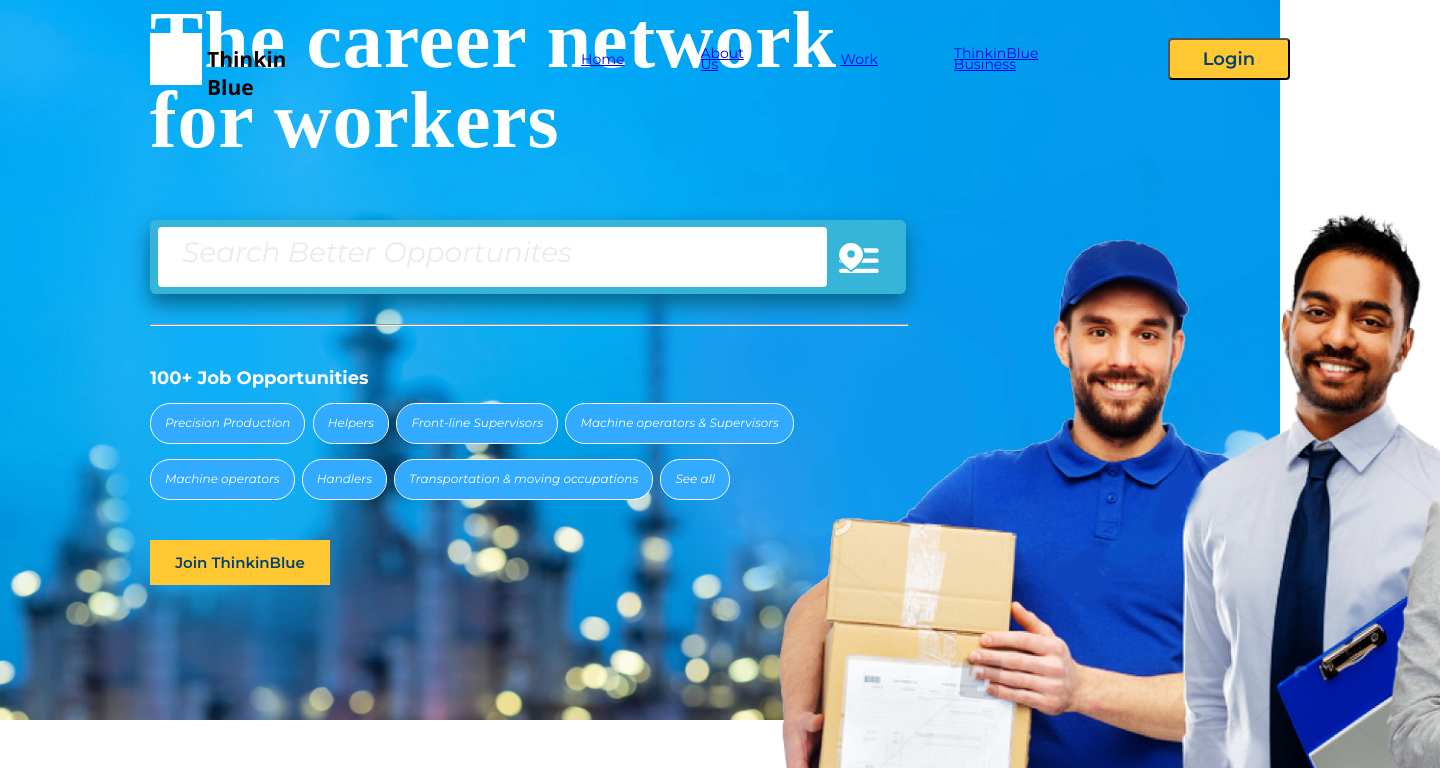
Repository: shekharyadav638/OSL_Assignment_1
Page: index.html
The author's editor kept a copy of each file at every save. The page is drawn from the files as they stood at one save, then again after the next save.
The browser window is 1280 px wide. The page is 1440 px wide, so the pictures cover 1440 px, including what lies to the right of the window. The pictures show the whole page.
The style sheet was rebuilt from its Sass, Less or Tailwind sources for each picture, by a compiler version that may differ from the author's.

Above is the page before, as saved 2024-07-13 15:04:35.

### index.html
<!DOCTYPE html PUBLIC "-//W3C//DTD HTML 4.01 Transitional//EN" "http://www.w3.org/TR/html4/loose.dtd">
<html>
  <head>
    <meta http-equiv="Content-Type" content="text/html; charset=ISO-8859-1" />
    <title>Assignment 1</title>
    <link rel="stylesheet" href="style.css" />
    <link rel="preconnect" href="https://fonts.googleapis.com" />
    <link rel="preconnect" href="https://fonts.gstatic.com" crossorigin />
    <link
      href="https://fonts.googleapis.com/css2?family=Montserrat:ital,wght@0,100..900;1,100..900&display=swap"
      rel="stylesheet"
    />
  </head>
  <body>
    <header>
      <div class="header">
        <div class="header_left">
          <div class="header_left_logo"></div>
          <span class="header_left_title">Thinkin Blue</span>
        </div>
        <div class="header_right">
          <ul class="header_right_list">
            <li class="header_right_list_item">
              <a href="#">Home</a>
            </li>
            <li class="header_right_list_item"><a href="#">About Us</a></li>
            <li class="header_right_list_item"><a href="#">Work</a></li>
            <li class="header_right_list_item">
              <a href="#">ThinkinBlue Business</a>
            </li>
          </ul>
          <button class="header_right_btn">Login</button>
        </div>
      </div>
    </header>
    <section class="banner">
      <div class="banner_left">
       <p class="banner_left_text">The career network <br> for workers</p>
       <div class="banner_left_input">
        <input type="text" placeholder="Search Better Opportunites" class="banner_left_input_box"></input>
        <img src="img/location.svg" alt="location-icon" class="banner_left_input_icon">
       </div>
       <div class="banner_left_categories">
        <hr>
        <div class="banner_left_categories_title">100+ Job Opportunities</div>
        <div class="banner_left_categories_list">
          <div class="banner_left_categories_list_above">
            <div class="banner_left_categories_list_above_item"> Precision Production</div>
            <div class="banner_left_categories_list_above_item"> Helpers</div>
            <div class="banner_left_categories_list_above_item"> Front-line Supervisors</div>
            <div class="banner_left_categories_list_above_item"> Machine operators & Supervisors</div>
          </div>
          <div class="banner_left_categories_list_below">
            <div class="banner_left_categories_list_below_item"> Machine operators</div>
            <div class="banner_left_categories_list_below_item"> Handlers</div>
            <div class="banner_left_categories_list_below_item"> Transportation & moving occupations</div>
            <div class="banner_left_categories_list_below_item"> See all</div>
          </div>
        </div>
        <div >
          <button class="banner_left_categories_button">Join ThinkinBlue</button>
        </div>
       </div>
      </div>
      <div class="banner_right">
        <img src="img/banner_right.png" alt="banner_right" class="banner_right_img"></img>
      </div>
    </section>
  </body>
</html>

### style.scss
* {
  margin: 0;
  padding: 0;
}
.body {
  width: 1440px;
  opacity: 1;
  overflow-x: hidden;
}

@import "header";
@import "banner";

### header.scss
.header {
  background: transparent;
  position: fixed;
  display: flex;
  align-content: center;
  width: 1140px;
  height: 86px;
  opacity: 1;
  margin: 16px 150px;
  &_left {
    align-items: center;
    display: flex;
    opacity: 1;

    &_logo {
      width: 52px;
      height: 52px;
      background: #ffffff 0% 0% no-repeat padding-box;
      opacity: 1;
    }

    &_title {
      padding-left: 5px;
      text-align: left;
      font: normal normal bold 21px/28px Segoe UI;
      width: 113px;
      height: 28px;
      letter-spacing: 0px;
      color: #150303;
      opacity: 1;
    }
  }

  &_right {
    margin-left: 261px;
    align-items: center;
    display: flex;
    gap: 66px;
    &_list {
      list-style: none;
      display: flex;
      gap: 76px;
      align-items: center;

      &_item {
        text-align: left;
        font: normal normal normal 14px/11px Montserrat;
        letter-spacing: 0px;
        padding: 17px 0;
        color: #ffffff;
        opacity: 1;
      }
    }
    &_btn {
      background: #ffc832 0% 0% no-repeat padding-box;
      border-radius: 4px;
      opacity: 1;
      padding: 8px 33px;
      text-align: left;
      font: normal normal 600 18px Montserrat;
      letter-spacing: 0px;
      color: #05416e;
      opacity: 1;
    }
  }
}

.banner {
  &_img {
    width: 100%;
    height: 100%;
    background-position: center;
  }
}

### _banner.scss
.banner {
  background-image: url(img/banner.png);
  width: 100%;
  height: 100vh;
  background-size: cover;
  background-position: center;
  background-repeat: no-repeat;
  display: flex;

  &_left {
    align-items: center;
    margin-bottom: 80px;
    margin-left: 150px;
    &_text {
      text-align: left;
      font: normal normal bold 80px/80px Adobe Caslon Pro;
      letter-spacing: 0.8px;
      color: #ffffff;
      opacity: 1;
    }

    &_input {
      display: flex;
      align-items: center;
      margin-top: 60px;
      width: 756px;
      height: 74px;
      background: #37b5d8 0% 0% no-repeat padding-box;
      box-shadow: 0px 10px 20px #07668b;
      border-radius: 6px;

      ::placeholder {
        font: italic normal normal 28px/36px Montserrat;
        letter-spacing: 0px;
        color: #ebebeb;
        opacity: 1;
        padding-top: 13px;
        padding-bottom: 13px;
        align-content: center;
        padding-left: 24px;
      }

      &_box {
        background: #ffffff 0% 0% no-repeat padding-box;
        border-radius: 4px;
        margin-left: 8px;
        border: none;
        opacity: 1;
        width: 669px;
        height: 60px;
      }
    }

    &_categories {
      width: 717px;
      height: 112px;
      & hr {
        margin-top: 30px;
        margin-bottom: 40px;
        color: #37b5d8;
        width: 756px;
      }
      &_title {
        width: 250px;
        height: 22px;
        text-align: left;
        font: normal normal bold 18px/24px Montserrat;
        letter-spacing: 0px;
        color: #ffffff;
        opacity: 1;
      }

      &_list {
        margin-top: 15px;
        margin-right: 73px;
        &_above {
          display: flex;
          justify-content: space-between;
          &_item {
            background: #32aaff 0% 0% no-repeat padding-box;
            border: 1px solid #ffffff;
            border-radius: 20px;
            opacity: 0.8;
            height: 15 px;
            padding-left: 14px;
            padding-right: 14px;
            padding-top: 7px;
            padding-bottom: 8px;
            text-align: left;
            font: italic normal normal 12px/24px Montserrat;
            letter-spacing: 0px;
            color: #ffffff;
            opacity: 1;
          }
        }
        &_below {
          margin-top: 15px;
          margin-right: 64px;
          display: flex;
          justify-content: space-between;
          &_item {
            background: #32aaff 0% 0% no-repeat padding-box;
            border: 1px solid #ffffff;
            border-radius: 20px;
            opacity: 0.8;
            height: 15 px;
            padding-left: 14px;
            padding-right: 14px;
            padding-top: 7px;
            padding-bottom: 8px;
            text-align: left;
            font: italic normal normal 12px/24px Montserrat;
            letter-spacing: 0px;
            color: #ffffff;
            opacity: 1;
          }
        }
      }

      &_button {
        margin-top: 40px;
        width: 180px;
        height: 45px;
        background: #ffc832 0% 0% no-repeat padding-box;
        border: none;
        padding: 13px 21px;
        opacity: 1;
        font: normal normal 600 15px/15px Montserrat;
        letter-spacing: 0px;
        color: #05416e;
        opacity: 1;
      }
    }
  }

  &_right {
    &_img {
      position: absolute;
      top: 0;
      left: 650px;
      margin-top: 140px;
    }
  }
}

After the next save:
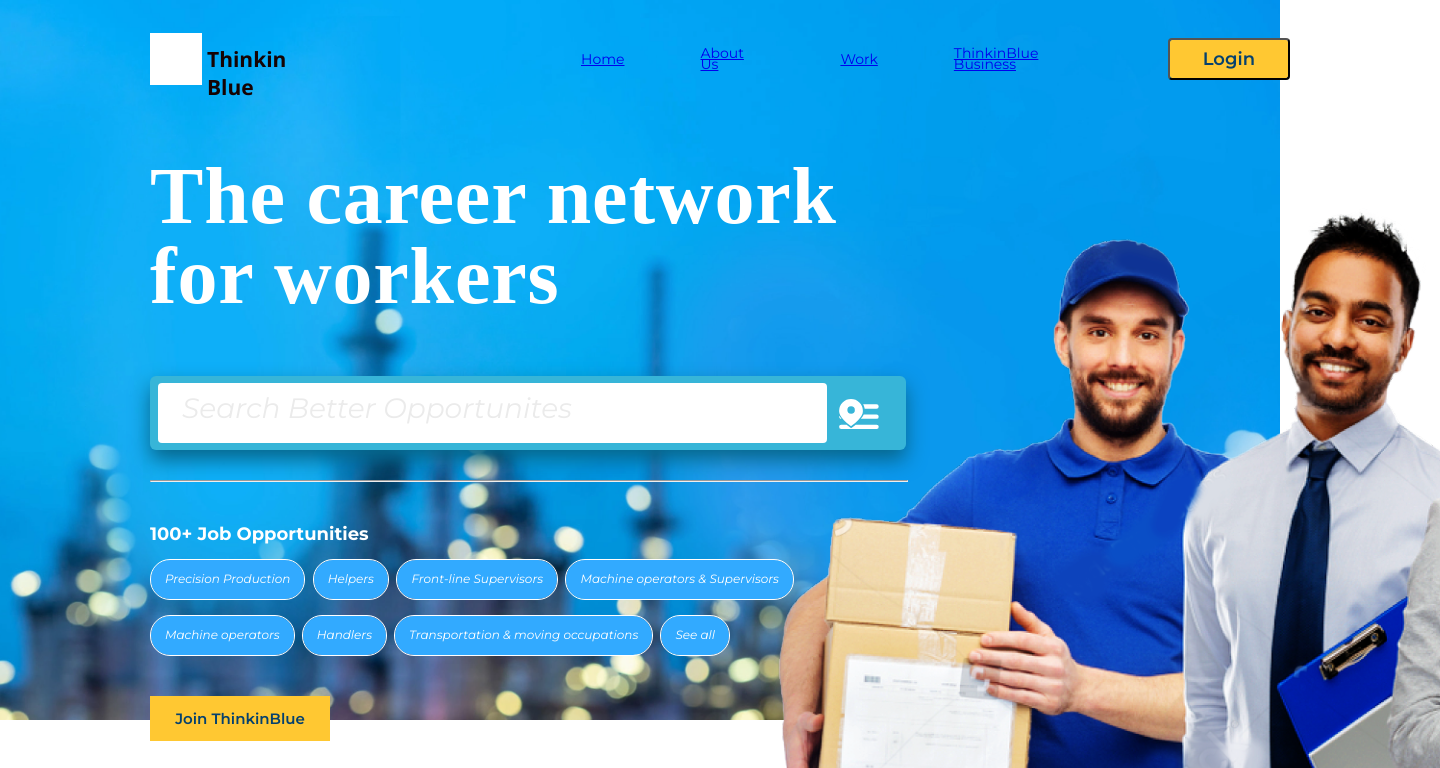
Saved 15 s later.
--- a/_banner.scss
+++ b/_banner.scss
@@ -8,7 +8,7 @@
   display: flex;
 
   &_left {
-    align-items: center;
+    margin-top: 156px;
     margin-bottom: 80px;
     margin-left: 150px;
     &_text {
